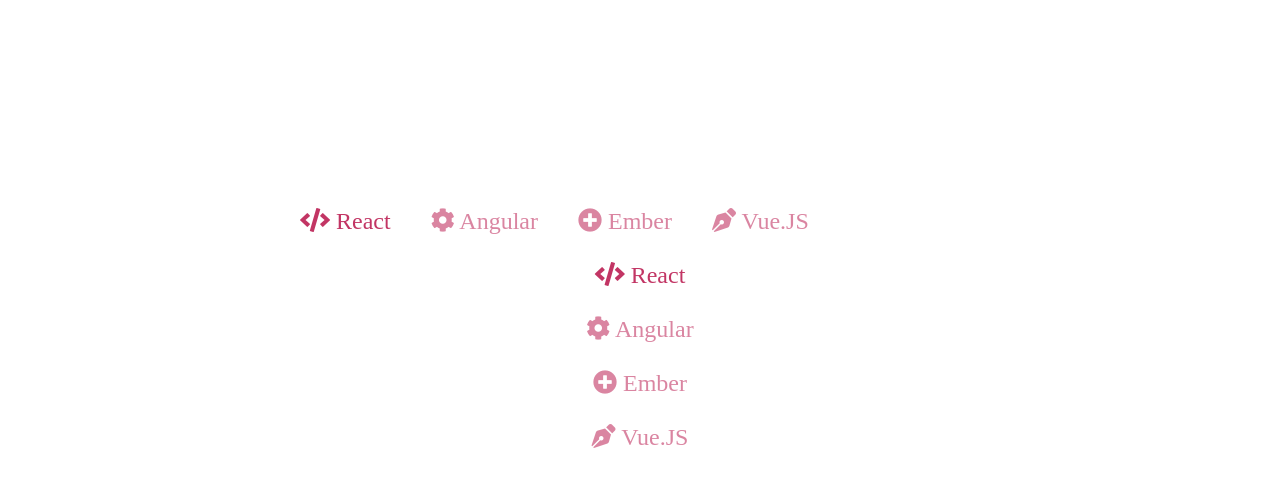
Repository: dovanthao2404/switch-tabs
Page: index.html
These files come from the project's save history. The page is drawn as it stood at one moment and after the next save; the edit follows.
The browser window is 1280 px wide. The pictures show the whole page.

Above is the page before, as saved 2021-06-27 20:19:44.

### index.html
<!DOCTYPE html>
<html lang="en">

<head>
  <meta charset="UTF-8">
  <meta http-equiv="X-UA-Compatible" content="IE=edge">
  <meta name="viewport" content="width=device-width, initial-scale=1.0">
  <title>Tab</title>
  <link rel="stylesheet" href="https://cdnjs.cloudflare.com/ajax/libs/font-awesome/5.15.3/css/all.min.css"
    integrity="sha512-iBBXm8fW90+nuLcSKlbmrPcLa0OT92xO1BIsZ+ywDWZCvqsWgccV3gFoRBv0z+8dLJgyAHIhR35VZc2oM/gI1w=="
    crossorigin="anonymous" referrerpolicy="no-referrer" />
  <link rel="stylesheet" href="./style.css">
</head>

<body>
  <div class="container">
    <div class="tab-header">
      <div class="tab-item active">
        <i class="tab-icon fas fa-code"></i>
        React
      </div>
      <div class="tab-item">
        <i class="tab-icon fas fa-cog"></i>
        Angular
      </div>
      <div class="tab-item">
        <i class="tab-icon fas fa-plus-circle"></i>
        Ember
      </div>
      <div class="tab-item">
        <i class="tab-icon fas fa-pen-nib"></i>
        Vue.JS
      </div>
      <div class="line"></div>
    </div>
    <div class="tab-content">
      <div class="tab-item active">
        <i class="tab-icon fas fa-code"></i>
        React
      </div>
      <div class="tab-item">
        <i class="tab-icon fas fa-cog"></i>
        Angular
      </div>
      <div class="tab-item">
        <i class="tab-icon fas fa-plus-circle"></i>
        Ember
      </div>
      <div class="tab-item">
        <i class="tab-icon fas fa-pen-nib"></i>
        Vue.JS
      </div>
      <div class="line"></div>
    </div>
  </div>
</body>

</html>

### style.css
* {
  padding: 0;
  margin: 0;
  box-sizing: border-box;
}
.container {
  margin: 15% auto;
  width: 720px;
  text-align: center;
}
.tab-header {
  display: flex;
  position: relative;
}
.tab-item {
  color: #c23564;
  font-size: 24px;
  opacity: 0.6;
  cursor: pointer;
  padding: 16px 20px 11px 20px;
}
.tab-item.active {
  opacity: 1;
}
.line {
  position: absolute;
  height: 6px;
  left: 0;
  bottom: 0;
  width: 0px;
  background-color: #c23564;
  border-radius: 15px;
}

After the next save:
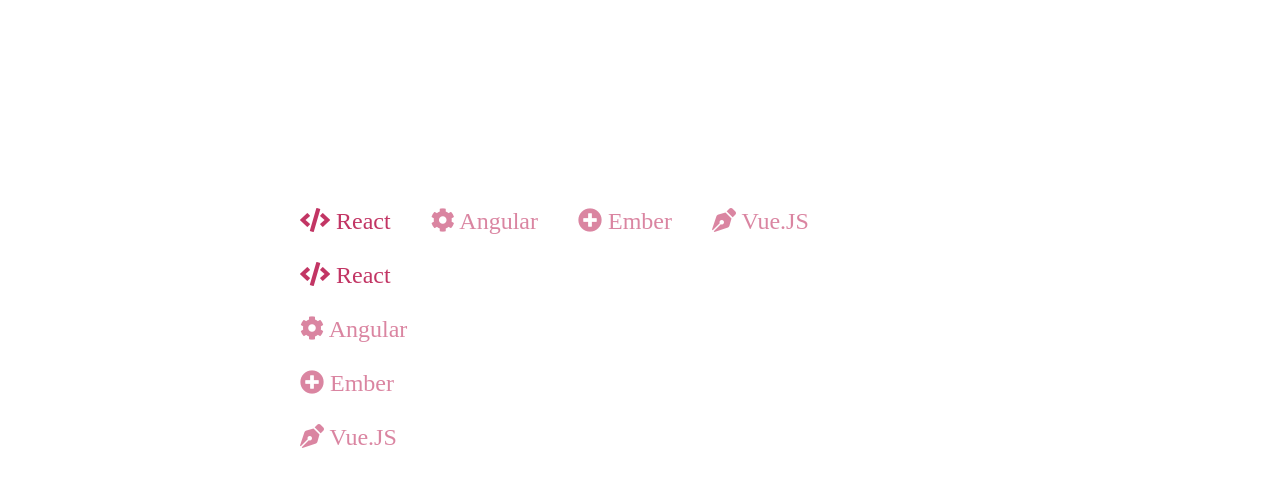
Saved 27 s later.
--- a/style.css
+++ b/style.css
@@ -31,3 +31,6 @@
   background-color: #c23564;
   border-radius: 15px;
 }
+.tab-content {
+  text-align: left;
+}
